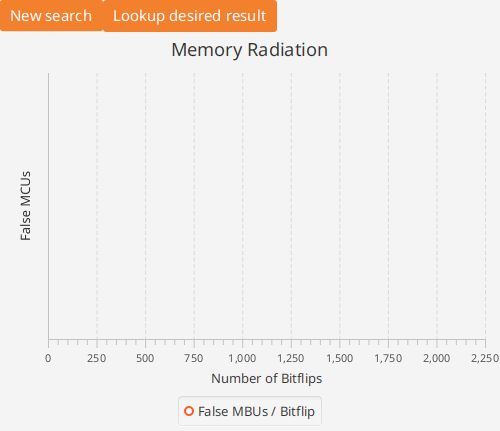
Repository: jalguacilgon/TFG-MemoryRadiation-JesusAlguacilGonzalez
Program's window: java TFG/MemoryRadiation/src/linechart/Memory.java
The author's editor kept a copy of each file at every save. The program's window is drawn from the files as they stood at one save, then again after the next save.
It runs on Java 21 on a 1366 x 768 screen with JavaFX 11; the title bar is not drawn.

Above is the program's window before, as saved 2021-09-08 17:56:58.

After the next save:
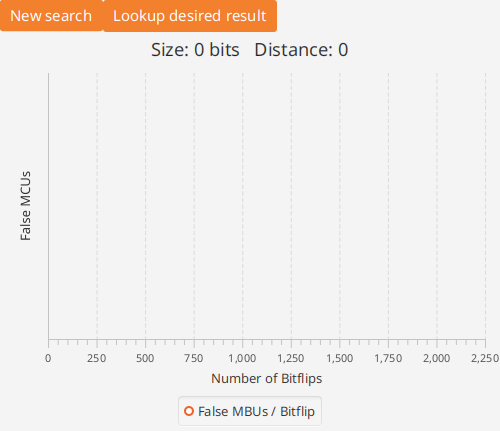
Saved 3 min 14 s later.
--- a/TFG/MemoryRadiation/src/linechart/Memory.java
+++ b/TFG/MemoryRadiation/src/linechart/Memory.java
@@ -43,7 +43,7 @@
 		yAxis.setLabel("False MCUs");
 
 		LineChart<Number, Number> lineChart = new LineChart<Number, Number>(xAxis, yAxis);
-		lineChart.setTitle("Memory Radiation");
+		lineChart.setTitle("Size: " + this.size + " bits   Distance: " + this.D);
 
 		XYChart.Series<Number, Number> data = new XYChart.Series<>();
 		data.setName("False MBUs / Bitflip");
